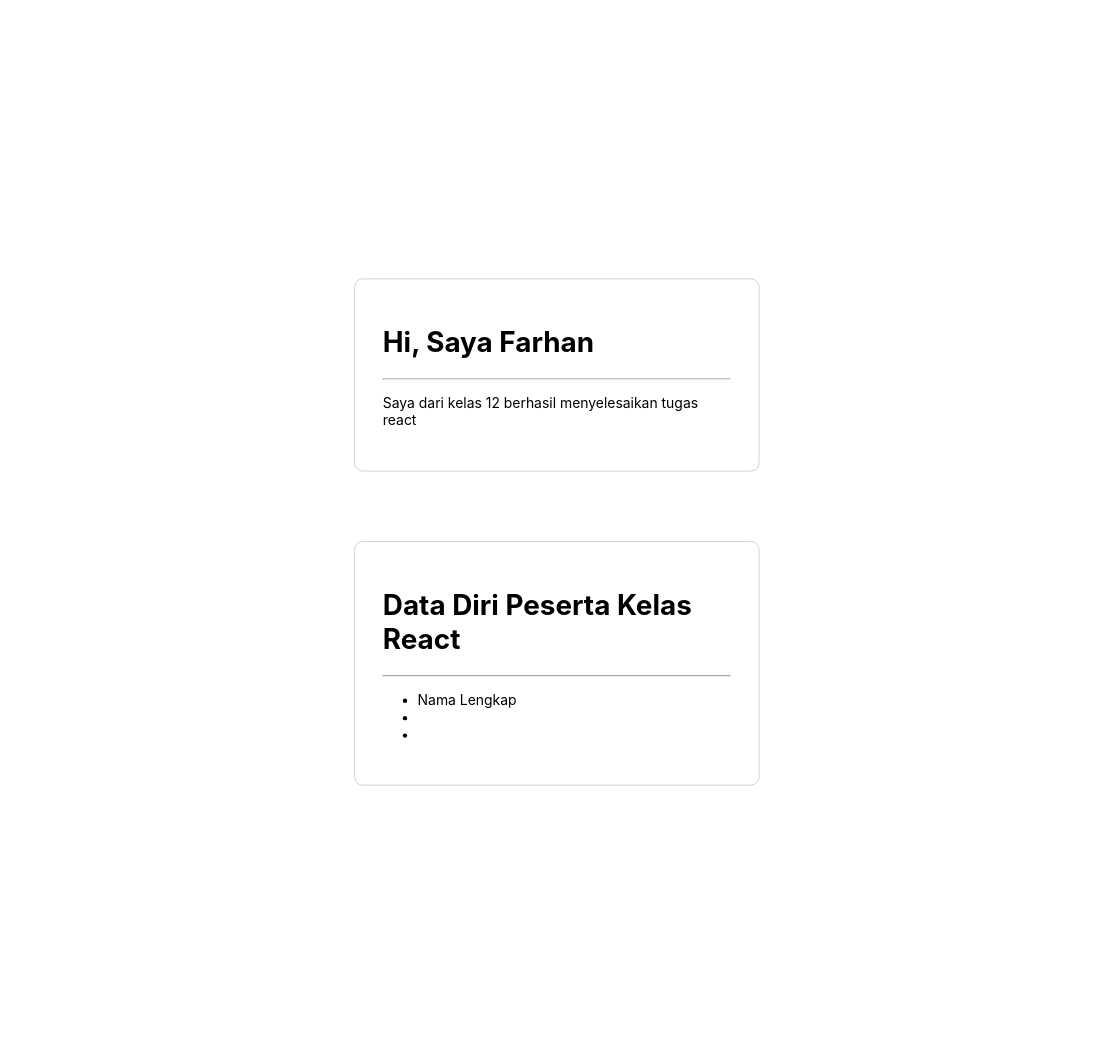
Repository: mfarhannr/Tugas-Reactjs_Farhan
Page: /
An editor plug-in stored every save of this project. The page is shown before and after the next save, followed by the edit.
The browser window is 1280 px wide. The pictures show the whole page, at 87% of full size.
The project was rebuilt for these pictures with package versions that can differ from the ones it lists, and the page was loaded fresh each time.

Above is the page before, as saved 2024-05-03 15:28:10.

After the next save:
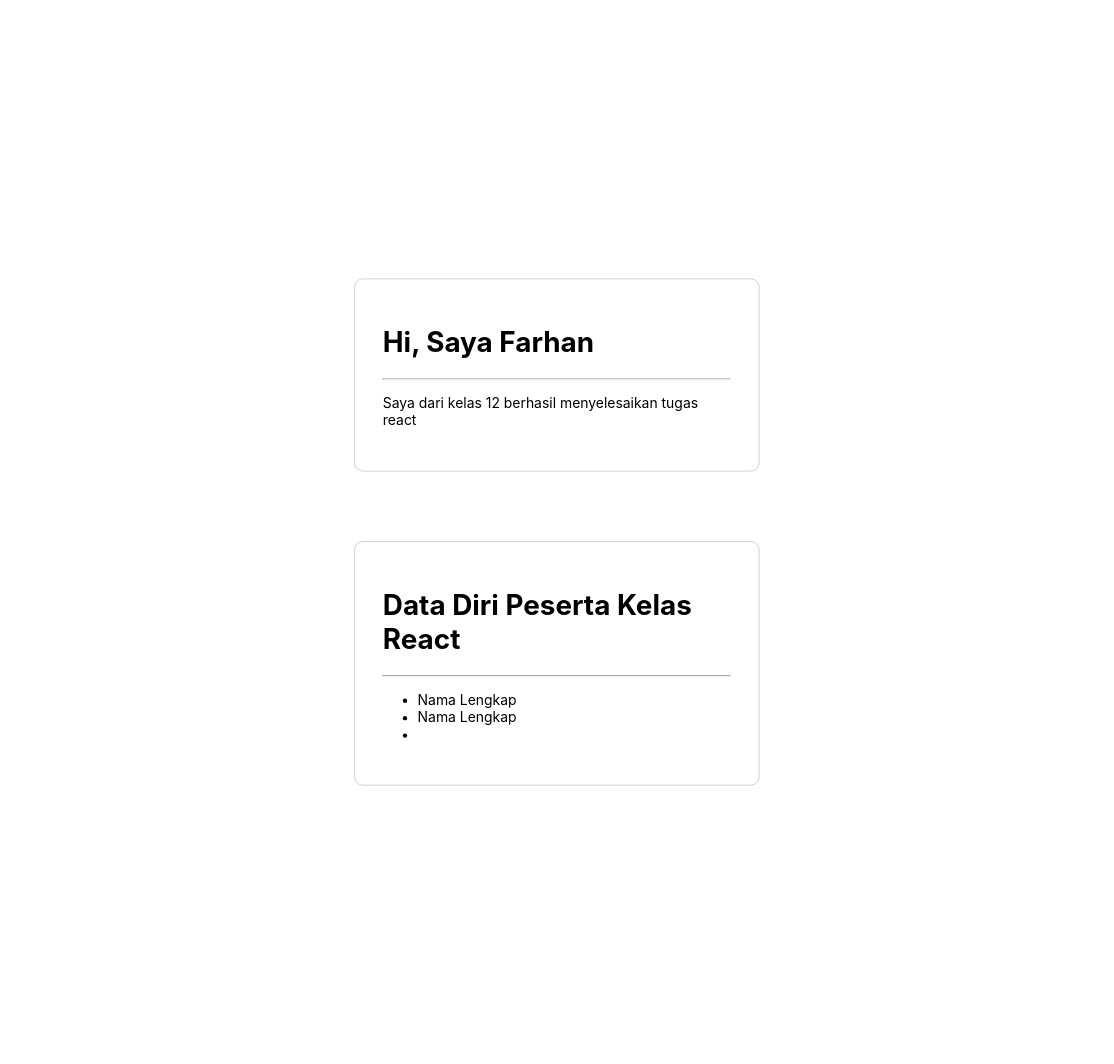
Saved 29 s later.
--- a/src/tugas7/tugas7.js
+++ b/src/tugas7/tugas7.js
@@ -6,8 +6,12 @@
       <h1>Data Diri Peserta Kelas React</h1>
       <hr></hr>
       <ul>
-        <li><span>Nama Lengkap</span></li>
-        <li></li>
+        <li>
+          <span>Nama Lengkap</span>
+        </li>
+        <li>
+          <span>Nama Lengkap</span>
+        </li>
         <li></li>
       </ul>
     </div>
